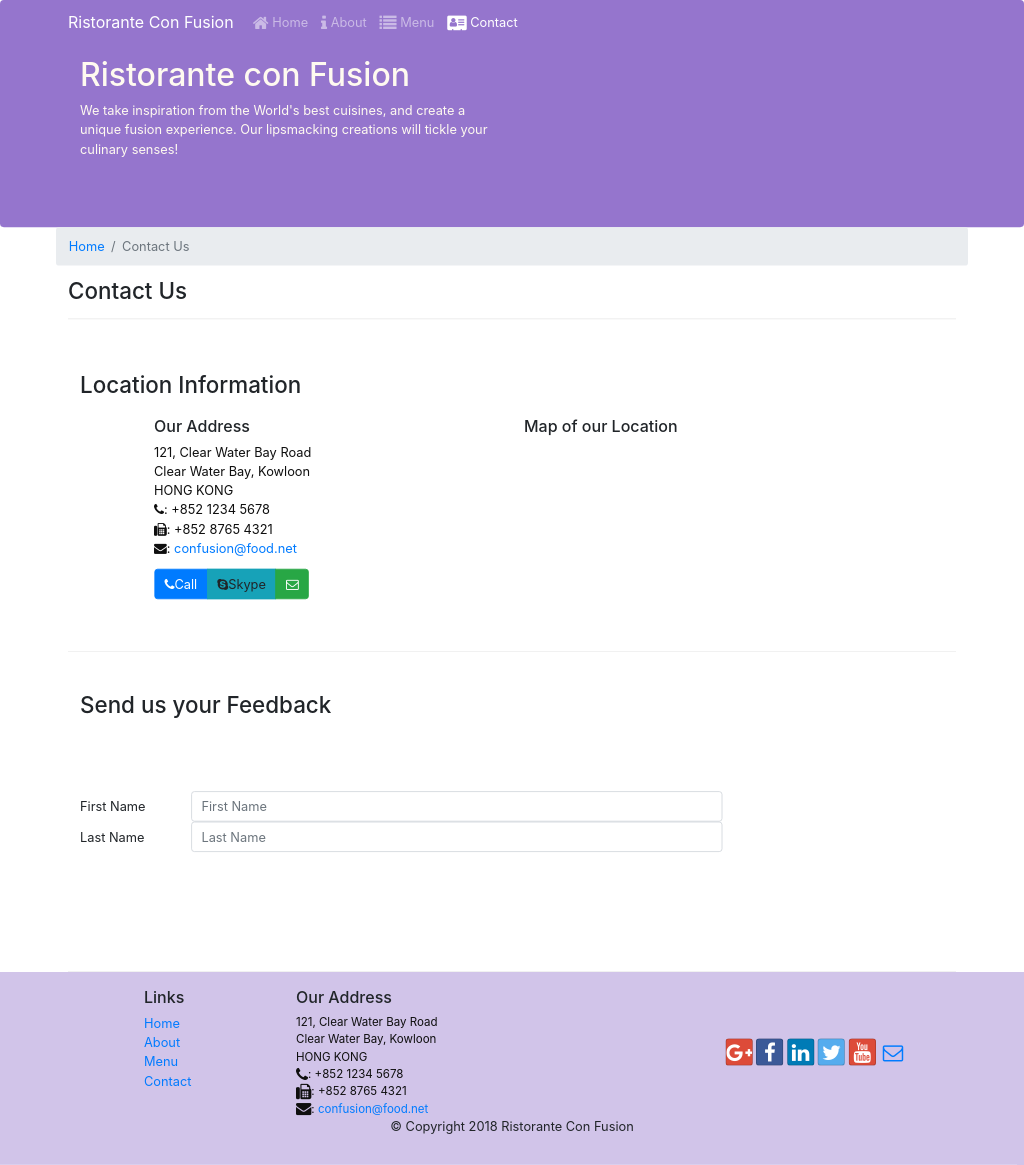
Repository: HwZau/conFusion
Page: contactus.html
The author's editor kept a copy of each file at every save. The page is drawn from the files as they stood at one save, then again after the next save.
The browser window is 1280 px wide. The pictures show the whole page, at 80% of full size.

Above is the page before, as saved 2022-05-19 09:45:54.

### contactus.html
<!DOCTYPE html>
<html lang="en">
  <head>
    <title>Ristorante Con Fusion: About Us</title>
    <!-- Required meta tags always come first -->
    <meta charset="utf-8" />
    <meta
      name="viewport"
      content="width=device-width, initial-scale=1, shrink-to-fit=no"
    />
    <meta http-equiv="x-ua-compatible" content="ie=edge" />

    <!-- Bootstrap CSS -->
    <link
      rel="stylesheet"
      href="node_modules/bootstrap/dist/css/bootstrap.min.css"
    />
    <link
      rel="stylesheet"
      href="node_modules/font-awesome/css/font-awesome.min.css"
    />
    <link
      rel="stylesheet"
      href="node_modules/bootstrap-social/bootstrap-social.css"
    />
    <link rel="stylesheet" href="css/style.css" />
  </head>

  <body>
    <nav class="navbar navbar-dark navbar-expand-sm fixed-top">
      <div class="container">
        <button
          class="navbar-toggler"
          type="button"
          data-toggle="collapse"
          data-target="#Navbar"
        >
          <span class="navbar-toggler-icon"></span>
        </button>
        <a class="navbar-brand" href="#">Ristorante Con Fusion</a>
        <div class="collapse navbar-collapse" id="Navbar">
          <ul class="navbar-nav mr-auto">
            <li class="nav-item">
              <a class="nav-link" href="./index.html"
                ><span class="fa fa-home fa-lg"></span> Home</a
              >
            </li>
            <li class="nav-item">
              <a class="nav-link" href="./aboutus.html"
                ><span class="fa fa-info fa-lg"></span> About</a
              >
            </li>
            <li class="nav-item">
              <a class="nav-link" href="#"
                ><span class="fa fa-list fa-lg"></span> Menu</a
              >
            </li>
            <li class="nav-item active">
              <a class="nav-link" href="#"
                ><span class="fa fa-address-card fa-lg"></span> Contact</a
              >
            </li>
          </ul>
        </div>
      </div>
    </nav>

    <header class="jumbotron">
      <div class="container">
        <div class="row row-header">
          <div class="col-12 col-sm-6">
            <h1>Ristorante con Fusion</h1>
            <p>
              We take inspiration from the World's best cuisines, and create a
              unique fusion experience. Our lipsmacking creations will tickle
              your culinary senses!
            </p>
          </div>
          <div class="col-12 col-sm"></div>
        </div>
      </div>
    </header>

    <div class="container">
      <div class="row">
        <ol class="col-12 breadcrumb">
          <li class="breadcrumb-item"><a href="./index.html">Home</a></li>
          <li class="breadcrumb-item active">Contact Us</li>
        </ol>
        <div class="col-12">
          <h3>Contact Us</h3>
          <hr />
        </div>
      </div>

      <div class="row row-content">
        <div class="col-12">
          <h3>Location Information</h3>
        </div>
        <div class="col-12 col-sm-4 offset-sm-1">
          <h5>Our Address</h5>
          <address style="font-size: 100%">
            121, Clear Water Bay Road<br />
            Clear Water Bay, Kowloon<br />
            HONG KONG<br />
            <i class="fa fa-phone"></i>: +852 1234 5678<br />
            <i class="fa fa-fax"></i>: +852 8765 4321<br />
            <i class="fa fa-envelope"></i>:
            <a href="mailto:confusion@food.net">confusion@food.net</a>
          </address>
        </div>
        <div class="col-12 col-sm-6 offset-sm-1">
          <h5>Map of our Location</h5>
        </div>
        <div class="col-12 col-sm-11 offset-sm-1">
          <div class="btn-group" role="group">
            <a role="button" class="btn btn-primary" href="tel:+85212345678"
              ><i class="fa fa-phone"></i>Call</a
            >
            <a role="button" class="btn btn-info"
              ><i class="fa fa-skype"></i>Skype</a
            >
            <a
              role="button"
              class="btn btn-success"
              href="mailto:confusion@food.net"
              ><i class="fa fa-envelope-o"></i
            ></a>
          </div>
        </div>
      </div>

      <div class="row row-content">
        <div class="col-12">
          <h3>Send us your Feedback</h3>
        </div>
        <div class="col-12 col-md-9">
          <form action="" class="form-group row">
            <label for="firstname" class="col-md-2 col-form-label"
              >First Name</label
            >
            <div class="col-md-10">
              <input
                type="text"
                class="form-control"
                id="firstname"
                name="firstname"
                placeholder="First Name"
              />
            </div>

            <label for="lastname" class="col-md-2 col-form-label"
              >Last Name</label
            >
            <div class="col-md-10">
              <input
                type="text"
                class="form-control"
                id="lastname"
                name="lastname"
                placeholder="Last Name"
              />
            </div>
          </form>
        </div>
        <div class="col-12 col-md"></div>
      </div>
    </div>

    <footer class="footer">
      <div class="container">
        <div class="row">
          <div class="col-4 offset-1 col-sm-2">
            <h5>Links</h5>
            <ul class="list-unstyled">
              <li><a href="#">Home</a></li>
              <li><a href="#">About</a></li>
              <li><a href="#">Menu</a></li>
              <li><a href="#">Contact</a></li>
            </ul>
          </div>
          <div class="col-7 col-sm-5">
            <h5>Our Address</h5>
            <address>
              121, Clear Water Bay Road<br />
              Clear Water Bay, Kowloon<br />
              HONG KONG<br />
              <i class="fa fa-phone fa-lg"></i>: +852 1234 5678<br />
              <i class="fa fa-fax fa-lg"></i>: +852 8765 4321<br />
              <i class="fa fa-envelope fa-lg"></i>:
              <a href="mailto:confusion@food.net">confusion@food.net</a>
            </address>
          </div>
          <div class="col-12 col-sm-4 align-self-center">
            <div class="text-center">
              <a
                class="btn btn-social-icon btn-google"
                href="http://google.com/+"
                ><i class="fa fa-google-plus"></i
              ></a>
              <a
                class="btn btn-social-icon btn-facebook"
                href="http://www.facebook.com/profile.php?id="
                ><i class="fa fa-facebook"></i
              ></a>
              <a
                class="btn btn-social-icon btn-linkedin"
                href="http://www.linkedin.com/in/"
                ><i class="fa fa-linkedin"></i
              ></a>
              <a
                class="btn btn-social-icon btn-twitter"
                href="http://twitter.com/"
                ><i class="fa fa-twitter"></i
              ></a>
              <a
                class="btn btn-social-icon btn-google"
                href="http://youtube.com/"
                ><i class="fa fa-youtube"></i
              ></a>
              <a class="btn btn-social-icon" href="mailto:"
                ><i class="fa fa-envelope-o"></i
              ></a>
            </div>
          </div>
        </div>
        <div class="row justify-content-center">
          <div class="col-auto">
            <p>© Copyright 2018 Ristorante Con Fusion</p>
          </div>
        </div>
      </div>
    </footer>
    <!-- jQuery first, then Popper.js, then Bootstrap JS. -->
    <script src="node_modules/jquery/dist/jquery.slim.min.js"></script>
    <script src="node_modules/popper.js/dist/umd/popper.min.js"></script>
    <script src="node_modules/bootstrap/dist/js/bootstrap.min.js"></script>
  </body>
</html>

### css/style.css

.row-header {
	margin: 0px auto;
	padding: 0px auto;
}

.row-content {
	margin: 0 auto;
	padding: 50px 0px 50px 0px;
	border-bottom: 1px ridge;
	min-height: 400px;
}

.footer {
	background-color: #D1C4E9;
	margin: 0px auto;
	padding: 20px 0px 20px 0px;
}

.jumbotron {
	padding: 70px 30px 70px 30px;
	margin: 0px auto;
	background: #9575CD;
	color: floralwhite;
}

address {
	font-size: 90%;
	margin: 0px;
	color:#0f0f0f;
}

Loaded but not shown: node_modules/bootstrap/dist/css/bootstrap.min.css (library); node_modules/font-awesome/css/font-awesome.min.css (library); node_modules/bootstrap-social/bootstrap-social.css (library); node_modules/jquery/dist/jquery.slim.min.js (library); node_modules/popper.js/dist/umd/popper.min.js (library); node_modules/bootstrap/dist/js/bootstrap.min.js (library)

After the next save:
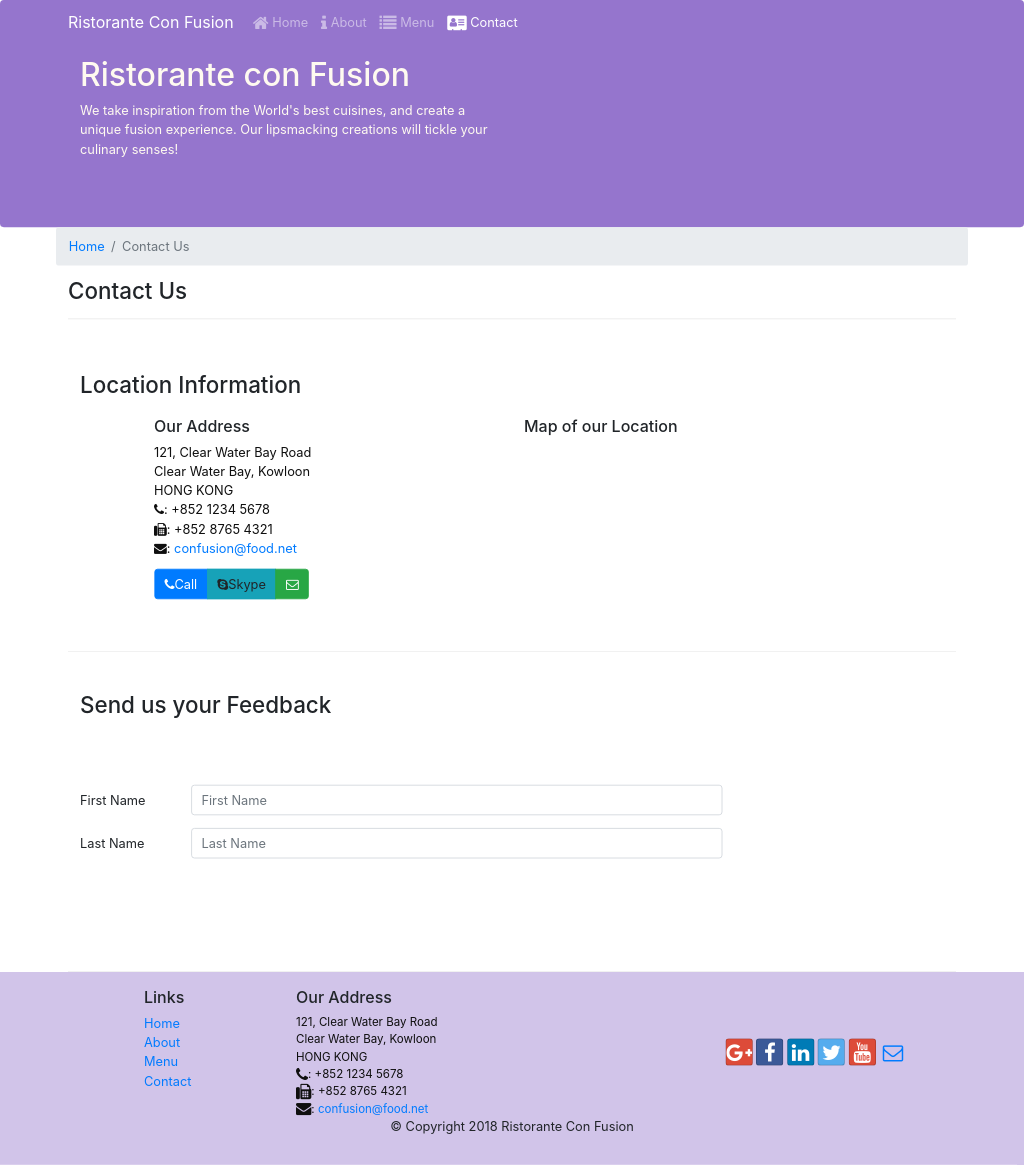
Saved 18 s later.
--- a/contactus.html
+++ b/contactus.html
@@ -148,7 +148,8 @@
                 placeholder="First Name"
               />
             </div>
-
+          </form>
+          <form action="" class="form-group row">
             <label for="lastname" class="col-md-2 col-form-label"
               >Last Name</label
             >
